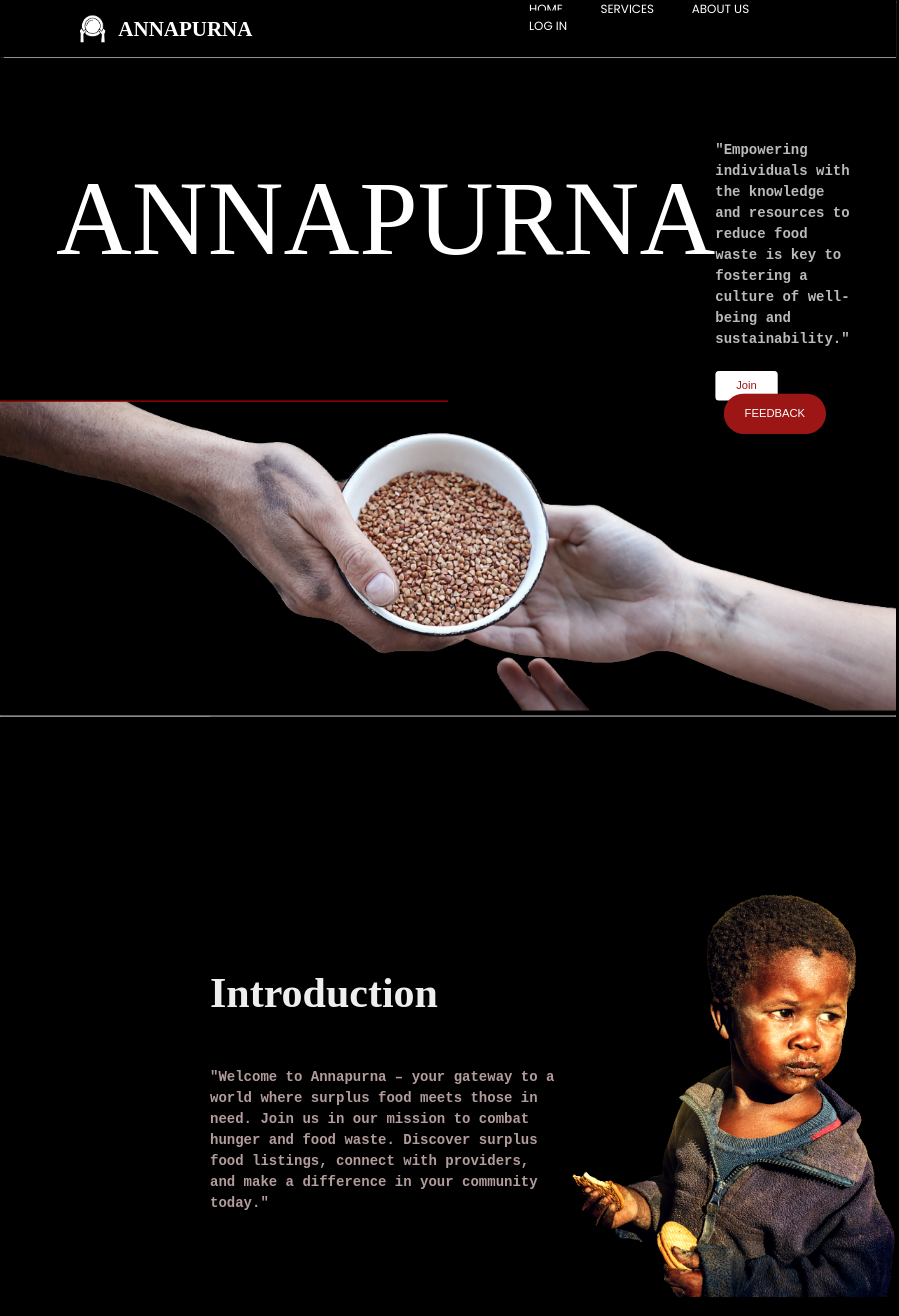
Repository: letscodeshivansh/Annapurna-fullstack-
Page: http://localhost/
The author's editor kept a copy of each file at every save. The page is drawn from the files as they stood at one save, then again after the next save.
The browser window is 1280 px wide. The page is 1284 px wide, so the pictures cover 1284 px, including what lies to the right of the window. The pictures show the part of the page from y = 0 to 1880 px (the page is 4659 px tall), at 70% of full size.
Some web fonts or font styles are not loaded; a fallback is used. Some web libraries are served in a nearby version. The page is served by the project's Node server (src/server.js).

Above is the page before, as saved 2024-06-13 18:48:35.

After the next save:
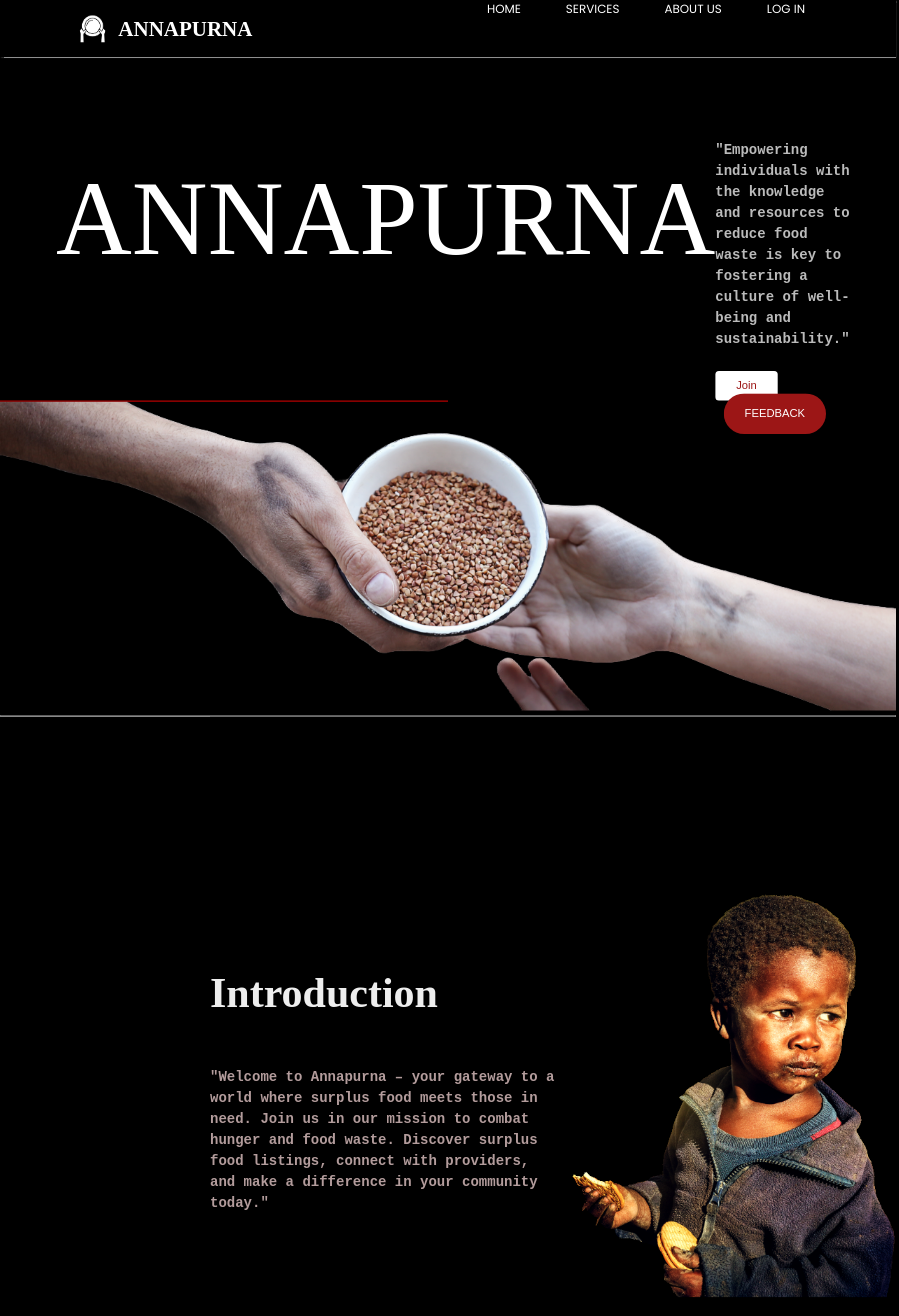
Saved 9 s later.
--- a/public/style.css
+++ b/public/style.css
@@ -91,7 +91,7 @@ nav ul li{
     line-height:25px;
     margin: 0 15px;
     justify-content: space-between;
-    margin-right: 1%;
+
 
 
 }
